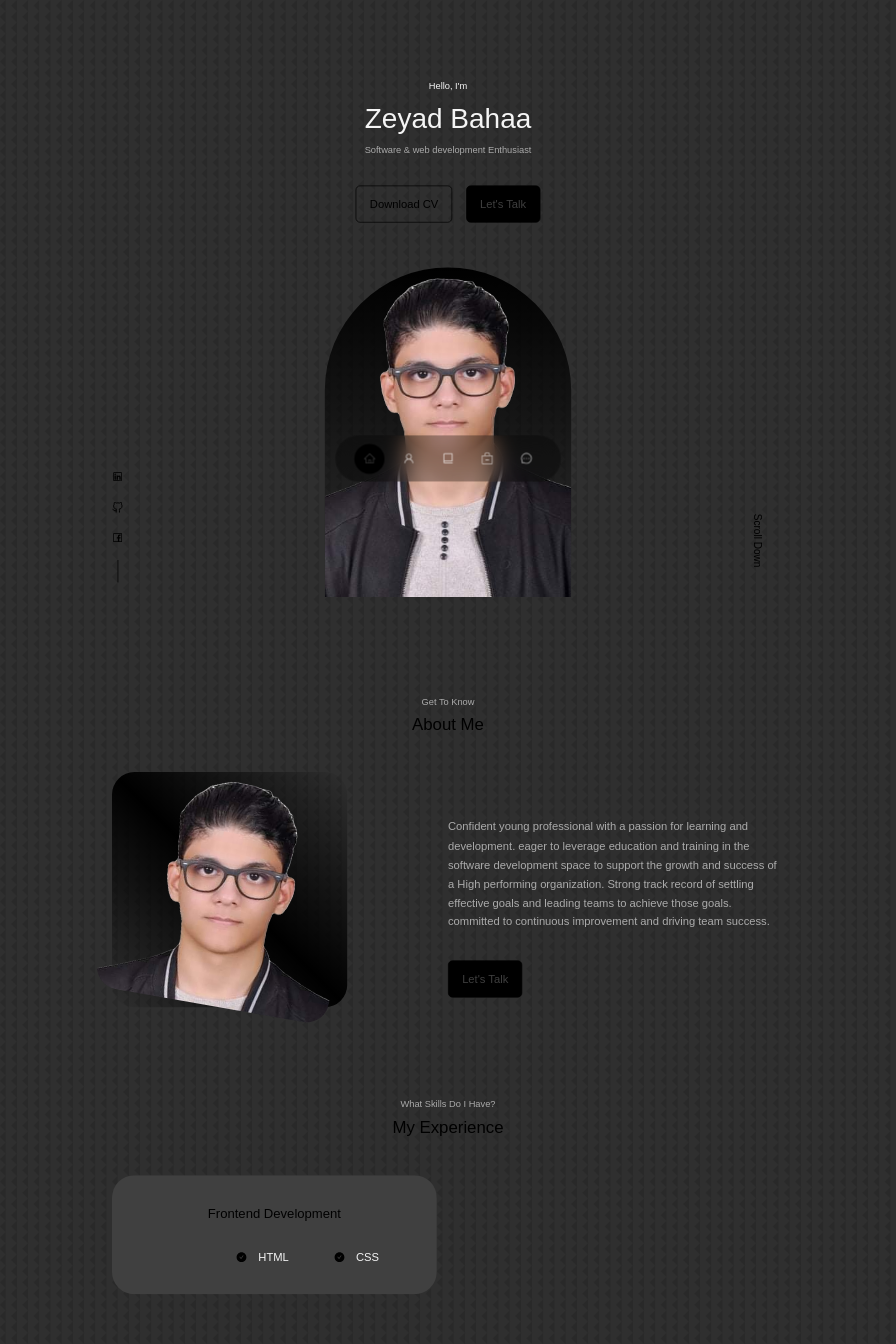
Repository: Z-Bahaa/project_joker_react_portfolio
Page: /
The author's editor kept a copy of each file at every save. The page is drawn from the files as they stood at one save, then again after the next save.
The browser window is 1280 px wide. The pictures show the part of the page from y = 0 to 1920 px (the page is 5013 px tall), at 70% of full size.
Some web fonts or font styles are not loaded; a fallback is used. The project was rebuilt for these pictures with package versions that can differ from the ones it lists, and the page was loaded fresh each time. Imported but missing from the stored project, and not drawn on this page: src/assets/resume.pdf.

Above is the page before, as saved 2023-08-20 23:18:07.

### public/index.html
<!DOCTYPE html>
<html lang="en">

<head>
  <meta charset="UTF-8">
  <meta name="viewport" content="width=device-width, initial-scale=1.0">
  <title>Zeyad Bahaa</title>
  <link rel="shortcut icon" href="/Logo.png" />
</head>

<body>
  <div id="root"></div>
</body>

</html>

### src/App.jsx
import Header from './components/header/Header'
import Nav from './components/nav/Nav'
import About from './components/about/About'
import Experience from './components/experience/Experience'
import Services from './components/services/Services'
import Portfolio from './components/portfolio/Portfolio'
// import Testimonials from './components/testimonials/Testimonials'
import Contact from './components/contact/Contact'
import Footer from './components/footer/Footer'


const App = () => {
  return (
    <>
      <Header />
      <Nav />
      <About />
      <Experience />
      <Services />
      <Portfolio />
{/*       <Testimonials /> */}
      <Contact />
      <Footer />

    </>
  )
}

export default App

### src/components/header/Header.jsx
import './header.css';
import CTA from './CTA'
import ME from '../../assets/me-3.png'
import HeaderSocials from './HeaderSocials'

const Header = () => {
  return (
    <div className='header container' id='home'>
      <div className='header__container'>
        <h5>Hello, I'm</h5>
        <h1>Zeyad Bahaa</h1>
        <h5 className="text-light">Software & web development Enthusiast</h5>
        <CTA />
        <HeaderSocials />

        <div className="me">
          <img src={ME} alt="" />
        </div>

        <a href='#contact' className="scroll__down">Scroll Down</a>
      </div>
    </div>
  )
}

export default Header

### src/components/nav/Nav.jsx
import './nav.css'
import { AiOutlineHome, AiOutlineUser, AiOutlineMessage } from 'react-icons/ai'
import { BiBookAlt } from 'react-icons/bi'
import { BsBagDash } from 'react-icons/bs'
import { useState} from 'react'

const Nav = () => {
  const [activeNav, setActiveNAv] = useState('#')
  return (
    <div className="nav">
      <a href="#home" className={activeNav === '#' ? 'active' : ''} onClick={() => setActiveNAv('#')}><AiOutlineHome /></a>
      <a href="#about" className={activeNav === '#about' ? 'active' : ''} onClick={() => setActiveNAv('#about')}><AiOutlineUser /></a>
      <a href="#experience" className={activeNav === '#experience' ? 'active' : ''} onClick={() => setActiveNAv('#experience')}><BiBookAlt /></a>
      <a href="#services" className={activeNav === '#services' ? 'active' : ''} onClick={() => setActiveNAv('#services')}><BsBagDash /></a>
      <a href="#contact" className={activeNav === '#contact' ? 'active' : ''} onClick={() => setActiveNAv('#contact')}><AiOutlineMessage /></a>
    </div>
  )
}

export default Nav

### src/components/about/About.jsx
import './about.css'
import ME from '../../assets/me-3.png'
/* import { FiAward, FiUsers } from 'react-icons/fi'
import { AiFillFolderOpen } from 'react-icons/ai' */
const About = () => {
  return (
    <div className="section" id="about">
      <h5>Get To Know</h5>
      <h2>About Me</h2>

      <div className="container about__container">
        <div className="about__me">
          <div className="about__me-image">
            <img src={ME} alt="About" />
          </div>
        </div>

        <div className="about__content">
          {/* <div className="about__cards">

            <div className="about__card">
              <FiAward className="about__icon" />
              <h5>Experience</h5>
              <small>3+ Years Working</small>
            </div>

            <div className="about__card">
              <FiUsers className="about__icon" />
              <h5>Clients</h5>
              <small>200+ Worldwide</small>
            </div>

            <div className="about__card">
              <AiFillFolderOpen className="about__icon" />
              <h5>Projects</h5>
              <small>80+ Completed Projects</small>
            </div>

          </div> */}

          <p>
          Confident young professional with a passion for learning and development. eager to leverage education and training in the software development space to support the growth and success of a High performing organization. Strong track record of settling effective goals and leading teams to achieve those goals. committed to continuous improvement and driving team success.
          </p>

          <a href="#contact" className="btn btn-primary">Let's Talk</a>
        </div>
      </div>
    </div>
  )
}

export default About

### src/components/experience/Experience.jsx
import './experience.css'
import { backendExperiences, frontendExperiences } from '../../data/experiences'
import { AiFillCheckCircle } from 'react-icons/ai'

const Experience = () => {
  return (
    <div className="section" id="experience">
      <h5>What Skills Do I Have?</h5>
      <h2>My Experience</h2>
      <div className="container experience__container">
        <div className="experience__frontend">
        <h3>Frontend Development</h3>
          <div className="experience__content">
            {
              frontendExperiences.map(({name, experience}) => (
                <div className="experience__details">

                <AiFillCheckCircle className="experience__details-icon"/>
                <div>
                  <h4>{name}</h4>
                  <small>{experience}</small>
                </div>
            </div>
              ))
            }
          </div>
        </div>

      </div>
    </div>
  )
}

export default Experience

### src/components/services/Services.jsx
import './services.css'
import { BiCheck } from 'react-icons/bi'
import services from '../../data/services'

const Services = () => {
  return (
    <div className="section" id="services">
      <h5>What I Offer</h5>
      <h2>Services</h2>

      <div className="container services__container">
      {
        services.map(({name, subheadings}) => (
          <div className="service">
            <div className="service__head">
              <h3>{name}</h3>
            </div>
            <ul className="service__list">
              {subheadings.map((sub) => (
                <li>
                  <BiCheck className="service__icon" />
                  <p>{sub}</p>
                </li>
              ))}

            </ul>
      </div>
      ))
      }


      </div>
    </div>
  )
}

export default Services

### src/components/portfolio/Portfolio.jsx
import './portfolio.css'
import projects from '../../data/projects'



const Portfolio = () => {
  return (
    <div className="section">
      <h5>My Recent Work</h5>
      <h2>Portfolio</h2>

      <div className="container portfolio__container">
        {
          projects.map(item => (
            <div  key={item.id} className="portfolio__item">
              <img src={item.img} className="portfolio__item-image" alt=""/>
              <h3>{item.title || 'This is a portfolio item title'}</h3>
              <div className="portfolio__item-cta">
                <a className="btn" href={item.github} target='_blank' rel="noreferrer">Github</a>
                <a className="btn btn-primary" href={item.demo} target='_blank' rel="noreferrer">Live Demo</a>
              </div>
            </div>
          ))
        }
      </div>
    </div>
  )
}

export default Portfolio

### src/components/contact/Contact.jsx
import './contact.css'
import { AiOutlineMail, AiOutlineWhatsApp } from 'react-icons/ai'
import { RiMessengerLine } from 'react-icons/ri'


const Contact = () => {

  return (
    <div className="section" id="contact">
      <h5>Get In Touch</h5>
      <h2>Contact Me</h2>

      <div className="container contact__container">
        <div className="contact__options">

          <div className="contact__option">
            <AiOutlineMail className='contact__option-icon'/>
            <h4>Email</h4>
            <h5>zizobahaapersonal@gmail.com</h5>
            <a href="mailto:zizobahaapersonal@gmail.com">Send a message</a>
          </div>

          <div className="contact__option">
            <RiMessengerLine className='contact__option-icon'/>
            <h4>Messenger</h4>
            <h5>Zizo Bahaa</h5>
            <a href="https://m.me/100071918118359">Send a message</a>
          </div>
          <div className="contact__option">
            <AiOutlineWhatsApp className='contact__option-icon' />
            <h4>WhatsApp</h4>
            <h5>+201020730202</h5>
            <a href="https://api.whatsapp.com/send?phone=201020730202" >Send a message</a>
          </div>

        </div>

{        <form
          // ref={form}
          // onSubmit={sendEmail}
          >
          <input type="text" name="name" placeholder="Your Full Name" required/>
          <input type="email" name="email" placeholder="Your Email" required/>
          <textarea name="message" placeholder="Your Message" rows="7" required/>
          <button type="submit" className="btn btn-primary">send Message</button>
        </form>}
      </div>
    </div>
  )
}

export default Contact

### src/components/footer/Footer.jsx
import './footer.css'
import { AiOutlineLinkedin, AiOutlineFacebook, } from 'react-icons/ai'
import { FiTwitter, FiGithub, FiInstagram } from 'react-icons/fi'
import { FaTiktok } from 'react-icons/fa'
import { SiMyanimelist } from 'react-icons/si'

const Footer = () => {
  return (
    <div className="footer">
      <a href="#home" className="footer__icon">Z. bahaa</a>

      <ul className="permalinks">
        <li><a href="#home">Home</a></li>
        <li><a href="#about">About</a></li>
        <li><a href="#experience">Experience</a></li>
        <li><a href="#services">Services</a></li>
        <li><a href="#portfolio">Portfolio</a></li>
        {/* <li><a href="#testimonials">Testimonials</a></li> */}
        <li><a href="#contact">Contact</a></li>
      </ul>

      <div className="footer__socials" >
        <a href='https://www.linkedin.com/in/z-bahaa-194022234/' target='_blank' rel="noreferrer"><AiOutlineLinkedin /></a>
        <a href='https://github.com/Z-Bahaa' target='_blank' rel="noreferrer"><FiGithub /></a>
        <a href='https://www.facebook.com/profile.php?id=100071918118359' target='_blank' rel="noreferrer"><AiOutlineFacebook /></a>
        <a href='https://twitter.com/ZBahaa2' target='_blank' rel="noreferrer"><FiTwitter /></a>
        <a href='https://www.tiktok.com/@z_bahaa' target='_blank' rel="noreferrer"><FaTiktok /></a>
        <a href='https://www.instagram.com/bahaa_zizo/' target='_blank' rel="noreferrer"><FiInstagram /></a>
        <a href='https://myanimelist.net/animelist/zizobahaa1' target='_blank' rel="noreferrer"><SiMyanimelist /></a>
      </div>

      <div className="footer__coptright">
        <small>&copy; Z.bahaa. All rights reserved.</small>
      </div>
    </div>
  )
}

export default Footer

### src/components/header/header.css
.header {
  height: 120vh;
  padding-top: 7rem;
  /* overflow: hidden; */
}

.header__container {
  text-align: center;
  height: 100%;
  position: relative;
}

.cta {
  margin-top: 2.5rem;
  display: flex;
  gap: 1.2rem;
  justify-content: center;
}

.header__socials {
  display: flex;
  flex-direction: column;
  position: absolute;
  left: 0;
  bottom: 2rem;
  gap: 1rem;
}

.header__socials::after {
  content: "";
  width: 1px;
  height: 2rem;
  background: var(--color-primary);
  align-self: center;
}

.me {
  background: linear-gradient(var(--color-primary), transparent);
  width: 22rem;
  max-height: 30rem;
  position: absolute;
  left: calc(50% - 11rem);
  margin-top: 4rem;
  border-radius: 12rem 12rem 0 0;
  -webkit-border-radius: 12rem 12rem 0 0;
  -moz-border-radius: 12rem 12rem 0 0;
  -ms-border-radius: 12rem 12rem 0 0;
  -o-border-radius: 12rem 12rem 0 0;
  overflow: hidden;
  /* padding: 5rem 1.5rem 1.5rem 1.5rem; */
}
/* .me img {
  min-height: 40rem;
} */

.scroll__down {
  position: absolute;
  right: 0rem;
  bottom: 5rem;
  transform: rotate(90deg);
  -webkit-transform: rotate(90deg);
  -moz-transform: rotate(90deg);
  -ms-transform: rotate(90deg);
  -o-transform: rotate(90deg);
  font-weight: 300;
  font-size: 0.9rem
}

@media screen and (max-width: 1024px) {
  .header {
    height: 70vh;
  }
}

@media screen and (max-width: 600px) {
  .header {
    height: 100vh;
  }


}

### src/components/header/CTA.jsx
import CV from '../../assets/resume.pdf'

import React from 'react'

const CTA = () => {
  return (
    <div className="cta">
      <a href={CV} className='btn'>Download CV</a>
      <a href="#contact" className="btn btn-primary">Let's Talk</a>
    </div>
  )
}

export default CTA

### src/components/header/HeaderSocials.jsx
import { AiOutlineLinkedin, AiOutlineFacebook,} from 'react-icons/ai'
import {FiGithub} from 'react-icons/fi'



const HeaderSocials = () => {
  return (
    <div className="header__socials">
      <a href='https://www.linkedin.com/in/zizo-bahaa' target='_blank'  rel="noreferrer"><AiOutlineLinkedin /></a>
      <a href='https://github.com/Z-Bahaa' target='_blank'  rel="noreferrer"><FiGithub /></a>
      <a href='https://www.facebook.com/profile.php?id=100071918118359' target='_blank'  rel="noreferrer"><AiOutlineFacebook /></a>
    </div>
  )
}

export default HeaderSocials

### src/components/nav/nav.css
.nav {
  background: rgba(0, 0, 0, 0.3);
  width: max-content;
  display: block;
  padding: 0.7em 1.7em;
  z-index: 2;
  position: fixed;
  left: 50%;
  transform: translateX(-50%);
  -webkit-transform: translateX(-50%);
  -moz-transform: translateX(-50%);
  -ms-transform: translateX(-50%);
  -o-transform: translateX(-50%);
  bottom: 2rem;
  display: flex;
  gap: 0.8rem;
  border-radius: 3rem;
  -webkit-border-radius: 3rem;
  -moz-border-radius: 3rem;
  -ms-border-radius: 3rem;
  -o-border-radius: 3rem;
  backdrop-filter: blur(15px);
}

.nav a {
  background: transparent;
  padding: 0.8rem;
  border-radius: 50%;
  -webkit-border-radius: 50%;
  -moz-border-radius: 50%;
  -ms-border-radius: 50%;
  -o-border-radius: 50%;
  display: flex;
  color: var(--color-light);
  font-size: 1.1rem;
}

.nav a:hover {
  background: rgba(0, 0, 0, 0.3);
}

.nav a.active {
  background: var(--color-primary);
  color: var(--color-bg)
}

### src/components/experience/experience.css
.experience__container {
  display: grid;
  grid-template-columns: 1fr 1fr;
  gap: 2rem;
}

.experience__container > div {
  background: var(--color-bg-variant);
  padding: 2.4rem 5rem;
  border-radius: 2rem;
  -webkit-border-radius: 2rem;
  -moz-border-radius: 2rem;
  -ms-border-radius: 2rem;
  -o-border-radius: 2rem;
  border: 1px solid transparent;
  transition: var(--transition);
  -webkit-transition: var(--transition);
  -moz-transition: var(--transition);
  -ms-transition: var(--transition);
  -o-transition: var(--transition);
}

.experience__container > div:hover {
  background: transparent;
  border-color: var(--color-primary-variant);
  cursor: default;
}

.experience__container > div h3 {
  text-align: center;
  margin-bottom: 2rem;
  color: var(--color-primary);
}

.experience__content{
  display: grid;
  padding-left: 6rem;
  grid-template-columns: 1fr 1fr;
  gap: 4rem;
  row-gap: 2rem;
}

.experience__details {
  display: flex;
  gap: 1rem;
}

.experience__details-icon {
  margin-top: 6px;
  color: var(--color-primary);
}
/* .experience__frontend, .experience__backend {
  display: flex;
  justify-content: center;
} */

@media screen and (max-width: 1024px) {
  .experience__container {
    grid-template-columns: 1fr;
    gap: 2rem;
  }

  .experience__container > div {
    width: 80%;
    padding: 2rem;
    margin: 0 auto;
  }

  .experience__content{
    padding: 1rem;
  }
}

@media screen and (max-width: 600px) {
  .experience__container {
    gap: 1rem;
  }

  .experience__container > div {
    width: 100%;
    padding: 2rem 1rem;
    margin: 0 auto;
  }
}

### src/components/services/services.css
.services__container {
  display: grid;
  grid-template-columns: repeat(3, 1fr);
  gap: 3rem;
}

.service {
  background: var(--color-bg-variant);
  border-radius: 0 0 2rem 2rem;
  -webkit-border-radius: 0 0 2rem 2rem;
  -moz-border-radius: 0 0 2rem 2rem;
  -ms-border-radius: 0 0 2rem 2rem;
  -o-border-radius: 0 0 2rem 2rem;
  border: 1px solid var(--color-primary);
  height: fit-content;
  transition: var(--transition);
}

.service:hover {
  background: transparent;
  border-color: var(--color-primary-variant);
  cursor: default;
}

.service__head {
  background: var(--color-primary);
  padding: 2rem;
  border-radius: 0 0 2rem 2rem;
  -webkit-border-radius: 0 0 2rem 2rem;
  -moz-border-radius: 0 0 2rem 2rem;
  -ms-border-radius: 0 0 2rem 2rem;
  -o-border-radius: 0 0 2rem 2rem;
  box-shadow: 0 2rem 1rem rgba(0, 0, 0, 0.1);
}

.service__head h3 {
  color: var(--color-light);
  font-size: 1rem;
  text-align: center;
}

.service__list {
  padding: 2rem;

}

.service__list li {
  display: flex;
  gap: 1rem;
  padding: 1rem;
}

.service__icon {
  color: var(--color-primary);
  margin-top: 2px;
}

.service__list li p {
 font-size: 0.9rem;
}

@media screen and (max-width: 1024px) {
  .services__container {
    grid-template-columns: 1fr 1fr;
    gap: 2rem;
  }

  .service {
    height: auto;
  }
}

@media screen and (max-width: 600px) {
  .services__container {
    grid-template-columns: 1fr ;
    gap: 1.5rem;
  }
}

### src/components/portfolio/portfolio.css
.portfolio__container {
  display: grid;
  grid-template-columns: repeat(3, 1fr);
  gap: 2.5rem;
}

.portfolio__item {
  background: var(--color-bg-variant);
  padding: 1.2rem;
  border-radius: 2rem;
  -webkit-border-radius: 2rem;
  -moz-border-radius: 2rem;
  -ms-border-radius: 2rem;
  -o-border-radius: 2rem;
  border: 1px solid transparent;
  transition: var(--transition);
  -webkit-transition: var(--transition);
  -moz-transition: var(--transition);
  -ms-transition: var(--transition);
  -o-transition: var(--transition);
}

.portfolio__item:hover {
  border-color: var(--color-primary-variant);
  background: transparent;
}

.portfolio__item-image {
  border-radius: 1.5rem;
  -webkit-border-radius: 1.5rem;
  -moz-border-radius: 1.5rem;
  -ms-border-radius: 1.5rem;
  -o-border-radius: 1.5rem;
  overflow: hidden;
}

.portfolio__item h3 {
  margin: 1.2rem 0.2rem;
}

.portfolio__item-cta {
  display: flex;
  gap: 1rem;
  margin-bottom: 1rem;
}

@media screen and (max-width: 1024px) {
  .portfolio__container {
    grid-template-columns: 1fr 1fr;
    gap: 1.2rem;
  }
}

@media screen and (max-width: 600px) {
  .portfolio__container {
    grid-template-columns: 1fr;
    gap: 1rem;
  }
}

### src/components/contact/contact.css
.container.contact__container {
  width: 58%;
  display: grid;
  grid-template-columns: 30% 58%;
  gap: 12%;
}

.contact__options {
  display: flex;
  flex-direction: column;
  gap: 1.2rem;
}

.contact__option {
  background: var(--color-bg-variant);
  padding: 1.2rem;
  border-radius: 1.2rem;
  -webkit-border-radius: 1.2rem;
  -moz-border-radius: 1.2rem;
  -ms-border-radius: 1.2rem;
  -o-border-radius: 1.2rem;
  text-align: center;
  border: 1px solid transparent;
  transition: var(--transition);
  overflow: hidden;
}

.contact__option:hover {
  background: transparent;
  border-color: var(--color-primary-variant);
}

.contact__option-icon {
  font-size: 1.5rem;
  margin-bottom: 0.5rem;

}

.contact__option a {
  margin-top: 0.7rem;
  display: inline-block;
  font-size: .8rem;
}

form {
  display: flex;
  flex-direction: column;
  gap: 1.2rem;
}

input, textarea {
  width: 100%;
  padding: 1.5rem;
  border-radius: 0.5rem;
  -webkit-border-radius: 0.5rem;
  -moz-border-radius: 0.5rem;
  -ms-border-radius: 0.5rem;
  -o-border-radius: 0.5rem;
  background: transparent;
  border: 1px solid var(--color-primary-variant);
  resize: none;
  color: var(--color-white);
}

@media screen and (max-width: 1024px) {
  .container.contact__container {
    grid-template-columns: 1fr;
    gap: 2rem;
  }
}

@media screen and (max-width: 600px) {
  .container.contact__container {
    width: var(--container-width-sm);
  }
}

### src/components/footer/footer.css
.footer {
  background: var(--color-primary);
  padding: 3rem 0;
  padding-bottom: 0;
  text-align: center;
  font-size:0.9rem;
  margin-top: 7rem;
}

.footer a {
  color: var(--color-bg);
}

.footer__icon {
  font-size:2rem;
  font-weight: 500;
  margin-bottom: 2rem;
  display: inline-block;
}

.permalinks {
  display: flex;
  flex-wrap: wrap;
  justify-content: center;
  gap: 2rem;
  margin: 0 auto 3rem;
}

.footer__socials {
  display: flex;
  justify-content: center;
  gap: 1rem;
  margin-bottom: 4rem;
}

.footer__socials a {
  background: var(--color-bg);
  color: var(--color-white);
  padding: 0.8rem;
  border-radius: 0.7rem;
  -webkit-border-radius: 0.7rem;
  -moz-border-radius: 0.7rem;
  -ms-border-radius: 0.7rem;
  -o-border-radius: 0.7rem;
  display: flex;
  border: 1px solid transparent;
  margin-bottom: 5rem;
}

.footer__socials a:hover {
  background: transparent;
  color: var(--color-bg);
  border-color: var(--color-bg);

}

.footer__copyright {
  margin-bottom: 4rem;
  color: var(--color-bg);
}

@media screen and (max-width: 600px) {
  .permalinks {
    flex-direction: column;
    gap: 1.5rem;
  }
}

Loaded but not shown: src/data/experiences.js (153 lines, source omitted); src/data/projects.js (59 lines, source omitted); src/data/services.js (33 lines, source omitted); src/index.js (5 lines, source omitted); src/index.css (151 lines, source omitted); src/components/about/about.css (141 lines, source omitted)

After the next save:
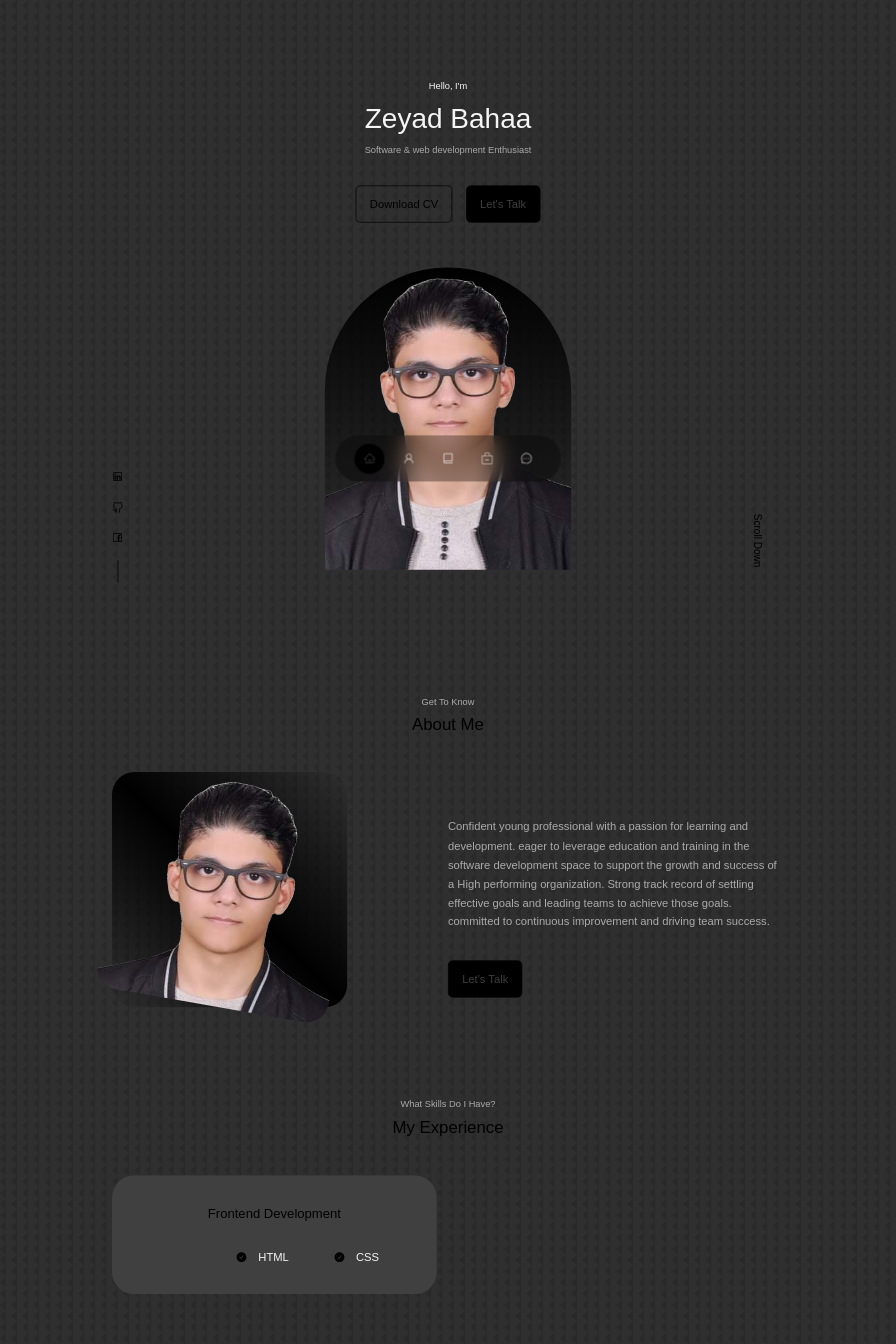
Saved 2 min 1 s later.
--- a/src/components/header/header.css
+++ b/src/components/header/header.css
@@ -37,7 +37,7 @@
 .me {
   background: linear-gradient(var(--color-primary), transparent);
   width: 22rem;
-  max-height: 30rem;
+  max-height: 27rem;
   position: absolute;
   left: calc(50% - 11rem);
   margin-top: 4rem;
